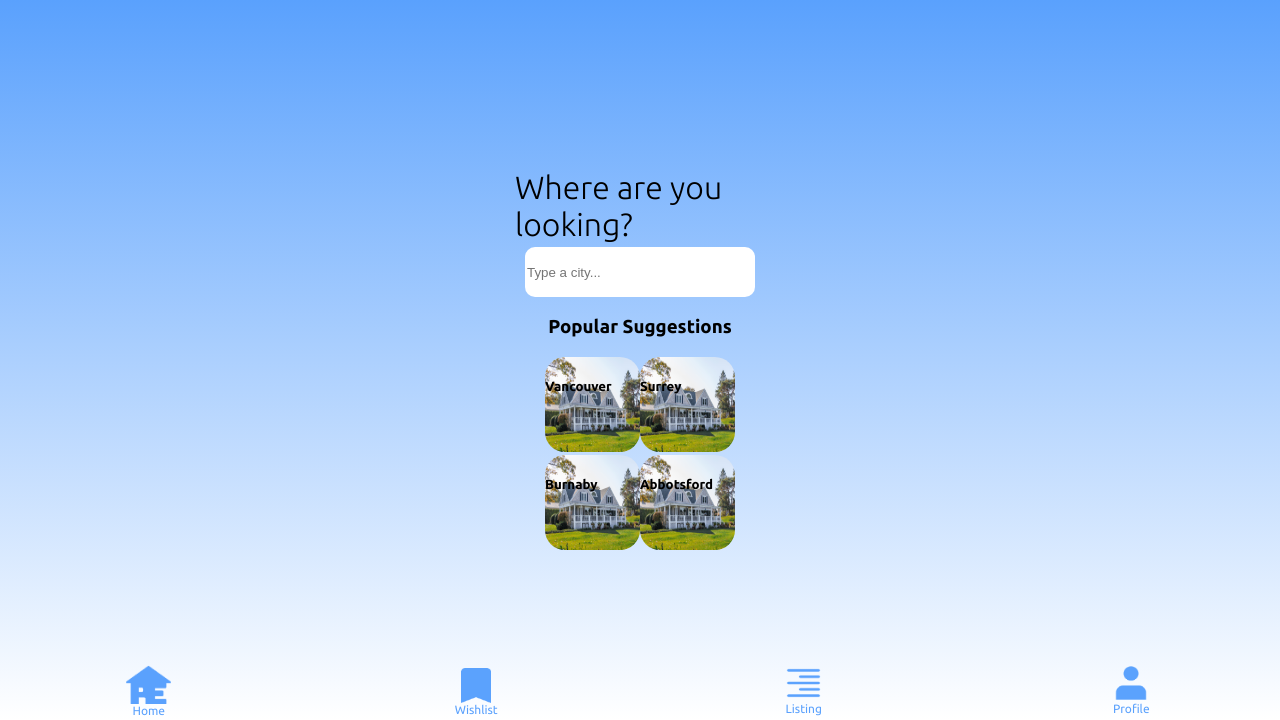
Repository: msyukurrr/realeasy
Page: /listing
An editor plug-in stored every save of this project. The page is shown before and after the next save, followed by the edit.
The browser window is 1280 px wide. The pictures show the whole page.
The project was rebuilt for these pictures with package versions that can differ from the ones it lists, and the page was loaded fresh each time. The framework's server and built-in components were replaced by stand-ins that run in the browser. Also part of the build but not shown: next.config.js, components/Button.js.

Above is the page before, as saved 2023-01-27 20:37:17.

After the next save:
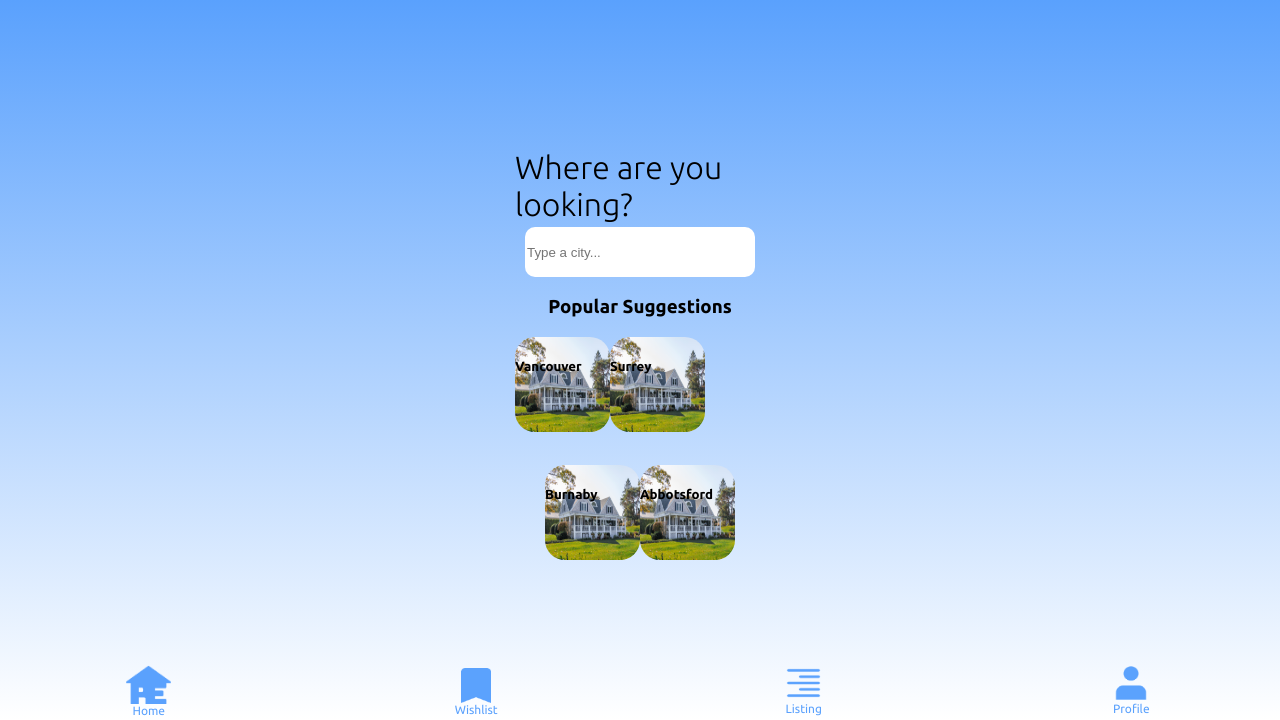
Saved 11 s later.
--- a/pages/listing.js
+++ b/pages/listing.js
@@ -34,7 +34,7 @@ export default function Listing({
             </div>
         </div>
 
-        <div style={{display:'flex', flexDirection:'row', paddingBottom:20}}>
+        <div style={{display:'flex', flexDirection:'row', padding:30}}>
             <div>
                 <h5 style={{display:'flex', position:'absolute'}}>Burnaby</h5>
                 <img src="house.png" style={{width:95, height:95, borderRadius:20}}/>
